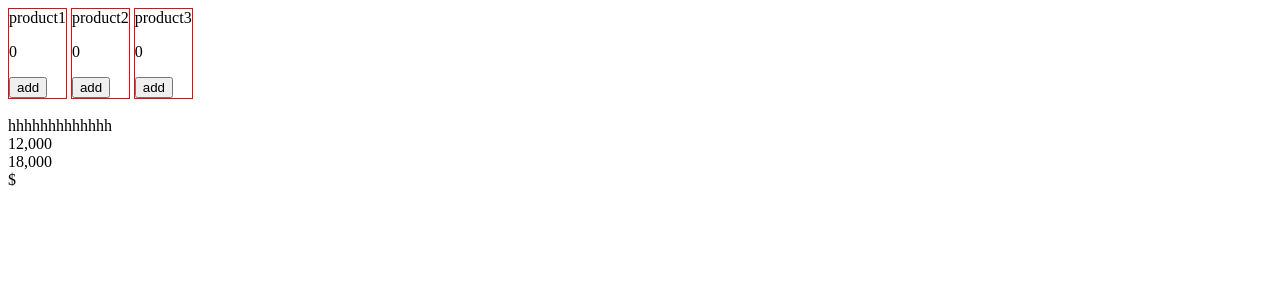
Repository: quynh232000/javascript-basic
Page: Lab5/demo.html
The author's editor kept a copy of each file at every save. The page is drawn from the files as they stood at one save, then again after the next save.
The browser window is 1280 px wide. The pictures show the whole page.

Above is the page before, as saved 2023-07-27 22:52:13.

### Lab5/demo.html
<!DOCTYPE html>
<html lang="en">
  <head>
    <meta charset="UTF-8" />
    <meta name="viewport" content="width=device-width, initial-scale=1.0" />
    <title>Document</title>
  </head>
  <body>
    <div class="left">
      <div class="item" style="border: 1px solid red; display: inline-block">
        product1
        <div>
          <p class="price">10</p>
          <span><button class="btn">add</button></span>
        </div>
      </div>
      <div class="item" style="border: 1px solid red; display: inline-block">
        product2
        <div>
          <p class="price">10</p>

          <span><button class="btn">add</button></span>
        </div>
      </div>
      <div class="item" style="border: 1px solid red; display: inline-block">
        product3
        <div>
          <p class="price">10</p>

          <span><button class="btn">add</button></span>
        </div>
      </div>
    </div>
    <br />
    <div>hhhhhhhhhhhhh</div>
    <div class="test price" price="12000"></div>
    <div class="name price" price="18000"></div>
    <div class="right"></div>
    <div class="show">$</div>
    <script>
      let a = document.querySelector(".left");
      let b = document.querySelector(".right");
      let s = document.querySelector(".show");
      const btnEl = document.querySelectorAll(".left .btn");

      let total = 0;
      let btnDeletes = [];
      const VND = new Intl.NumberFormat({
        style: "currency",
        currency: "VND",
      });
      document.querySelectorAll(".price").forEach((item) => {
        item.textContent = VND.format(item.getAttribute("price"));
      });
      btnEl.forEach((element) => {
        element.addEventListener("click", () => {
          const elParent = element.closest(".item");
          elParent.onclick = () => {
            total += +elParent.querySelector(".price").textContent;
            s.textContent = total + "";
            let cloneNode = elParent.cloneNode(true);
            b.appendChild(cloneNode);
            cloneNode.querySelector(".btn").textContent = "delete";
            deleteDom();
          };
        });
      });

      const deleteDom = () => {
        const deleteEl = document.querySelectorAll(".right .btn");

        deleteEl.forEach((element) => {
          console.log(123, deleteEl);
          element.addEventListener("click", () => {
            const elParent = element.closest(".item");
            elParent.onclick = () => {
              total -= +elParent.querySelector(".price").textContent;
              s.textContent = total + "";
              b.removeChild(elParent);
            };
          });
        });
      };
    </script>
  </body>
</html>

After the next save:
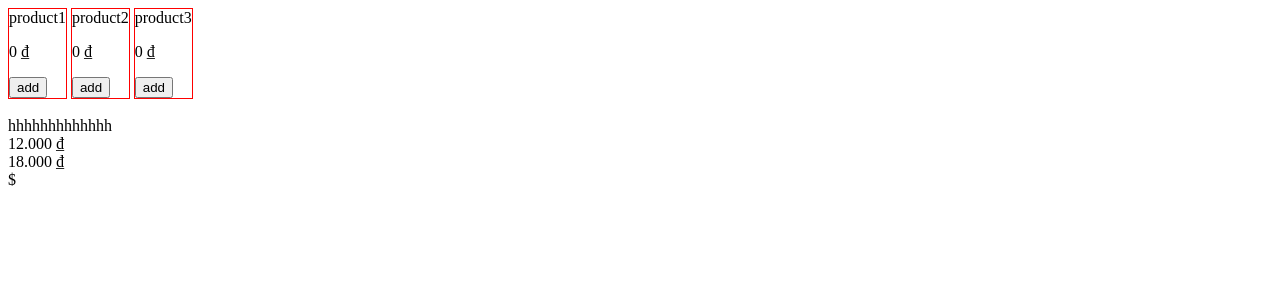
Saved 10 s later.
--- a/Lab5/demo.html
+++ b/Lab5/demo.html
@@ -45,7 +45,7 @@
 
       let total = 0;
       let btnDeletes = [];
-      const VND = new Intl.NumberFormat({
+      const VND = new Intl.NumberFormat("vi-VN", {
         style: "currency",
         currency: "VND",
       });
